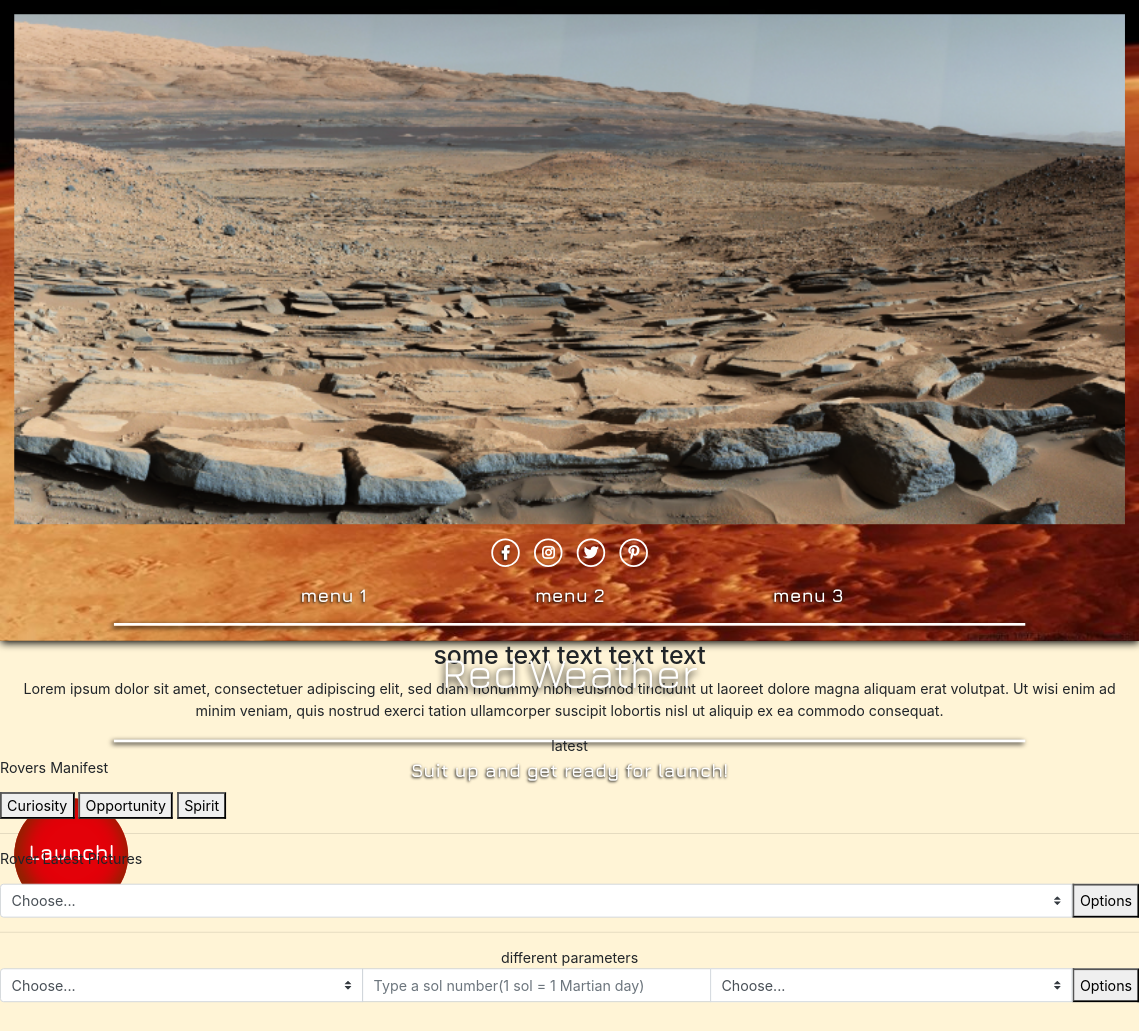
Repository: romqrq/Red-Planet-Explorer
Page: index.html
The author's editor kept a record of every edit. The page is drawn from the files as they stood at one moment, then again after the next edit.
The browser window is 1280 px wide. The pictures show the whole page, at 89% of full size.
Some web fonts or font styles are not loaded; a fallback is used. Some web libraries are served in a nearby version.

Above is the page before.

### index.html
<!DOCTYPE html>
<html lang="en">

<head>
    <meta charset="UTF-8">
    <meta name="viewport" content="width=device-width, initial-scale=1.0">
    <meta http-equiv="X-UA-Compatible" content="ie=edge">
    <title>Red Weather</title>
    <link rel="stylesheet" href="https://cdnjs.cloudflare.com/ajax/libs/font-awesome/5.10.2/css/all.min.css" type="text/css" />
    <link rel="stylesheet" href="https://stackpath.bootstrapcdn.com/bootstrap/4.3.1/css/bootstrap.min.css" crossorigin="anonymous">
    <link rel="stylesheet" href="assets/css/style.css" type="text/css" />


    <script src="https://code.jquery.com/jquery-3.4.1.js" integrity="sha256-WpOohJOqMqqyKL9FccASB9O0KwACQJpFTUBLTYOVvVU=" crossorigin="anonymous"></script>
    <script type="text/javascript" src="assets/js/jquery.js"></script>
    <script type="text/javascript" src="assets/js/main.js"></script>
    <!--<script type="text/javascript" src="assets/js/main2.js"></script>-->
    <!--<script type="text/javascript" src="assets/js/main3.js"></script>-->

</head>

<body>
    <header>
        <div class="container-fluid main-screen-container">
            <img class="testbg" src="assets/images/mars.png"></img>
            <div class="row social-row">
                <div class="col-12 social-col">
                    <i class="fab fa-facebook-f round-border text-shadow"></i>
                    <i class="fab fa-instagram round-border"></i>
                    <i class="fab fa-twitter round-border"></i>
                    <i class="fab fa-pinterest-p round-border"></i>
                </div>
            </div>
            <div class="row" role="navigation">
                <a class="col-4 text-right main-text-light text-shadow" href="#">menu 1</a>
                <a class="col-4 text-center main-text-light text-shadow" href="#">menu 2</a>
                <a class="col-4 text-left main-text-light text-shadow" href="#">menu 3</a>
            </div>
            <hr class="hr-divider">
            <div class="row">
                <div class="col-12 text-center">
                    <p class="main-title title-shadow">Red Weather</p>
                </div>
            </div>
            <hr class="hr-divider">
            <div class="row">
                <div class="col-12">
                    <p class="main-text-light text-center text-shadow">Suit up and get ready for launch!</p>
                </div>
            </div>
            <div>
                <div class="launch-button-div">
                    <button class="btn launch-button">Launch!</button>
                </div>
            </div>
            <!--<div class="row">-->
            <!--    <div class=navbar>-->
            <!--        <ul class="navbar-nav">-->
            <!--            <li class="nav-item">-->
            <!--                <a href="#" class="nav-link">menu button 1</a>-->
            <!--            </li>-->
            <!--            <li class="nav-item">-->
            <!--                <a href="#" class="nav-link">menu button 2</a>-->
            <!--            </li>-->
            <!--            <li class="nav-item">-->
            <!--                <a href="#" class="nav-link">menu button 3</a>-->
            <!--            </li>-->
            <!--        </ul>-->
            <!--    </div>-->
            <!--</div>-->
        </div>
        <!--<nav class="navbar navbar-expand-md navbar-dark bg-blue">-->
        <!-- Brand -->
        <!--    <a class="brand-text" href="#"><span class="NE-text">RW</span> | Red Weather</a>-->

        <!-- Toggler/collapsibe Button -->
        <!--    <button class="navbar-toggler" type="button" data-toggle="collapse" data-target="#collapsibleNavbar">-->
        <!--        <span class="navbar-toggler-icon"></span>-->
        <!--    </button>-->

        <!-- Navbar links -->
        <!--    <div class="collapse navbar-collapse" id="collapsibleNavbar">-->
        <!--        <ul class="navbar-nav">-->
        <!--            <li class="nav-item">-->
        <!--                <a class="nav-link" href="#">Link</a>-->
        <!--            </li>-->
        <!--            <li class="nav-item">-->
        <!--                <a class="nav-link" href="#">Link</a>-->
        <!--            </li>-->
        <!--            <li class="nav-item">-->
        <!--                <a class="nav-link" href="#">Link</a>-->
        <!--            </li>-->
        <!--        </ul>-->
        <!--    </div>-->
        <!--</nav>-->
    </header>
    <section class="callout">
        <div class="container-fluid text-center align-middle">
            <div>
                <h3>some text text text text</h3>
                <p>Lorem ipsum dolor sit amet, consectetuer adipiscing elit, sed diam nonummy nibh euismod tincidunt ut laoreet dolore magna aliquam erat volutpat. Ut wisi enim ad minim veniam, quis nostrud exerci tation ullamcorper suscipit lobortis nisl
                    ut aliquip ex ea commodo consequat.</pp>
            <div>latest</div>
            <!--<div class="row">-->
            <!--    <div class="col-4">-->
            <!--        <button class="btn btn-warning latest-button" id="buttonCuriosity" onclick="writeLatestToDocument('curiosity')" value="curiosity">Curiosity</button>-->
            <!--    </div>-->
            <!--    <div class="col-4">-->
            <!--        <button class="btn btn-warning latest-button" id="buttonSpirit" onclick="writeLatestToDocument()" value="spirit">Spirit</button>-->
            <!--    </div>-->
            <!--    <div class="col-4">-->
            <!--        <button class="btn btn-warning latest-button" id="buttonOpportunity" onclick="writeLatestToDocument()" value="opportunity">Opportunity</button>-->
            <!--    </div>-->
            <!--</div>-->
        </div>
    </section>
    <p>Rovers Manifest</p>
    <button onclick="writeManifestToDocument('curiosity')">Curiosity</button>
    <button onclick="writeManifestToDocument('opportunity')">Opportunity</button>
    <button onclick="writeManifestToDocument('spirit')">Spirit</button>
    <div id="dataManifest"></div>
    <hr>
    <p>Rover Latest Pictures</p>
    <div class="input-group mb-3">
        <select class="custom-select" id="inputLatestRoverPhoto">
            <option selected>Choose...</option>
            <option value="curiosity">Curiosity</option>
            <option value="spirit">Spirit</option>
            <option value="opportunity">Opportunity</option>
        </select>
        <button onclick="writeLatestToDocument()">Options</button>
    </div>
    <hr>
    <div class=text-center>different parameters</div>
    <div class="input-group mb-3">
        <div class="input-group mb-3">
            <select class="custom-select" id="inputRoverName">
            <option selected>Choose...</option>
            <option value="curiosity">Curiosity</option>
            <option value="spirit">Spirit</option>
            <option value="opportunity">Opportunity</option>
        </select>
        <input type="text" class="form-control" id="solTextInput" placeholder="Type a sol number(1 sol = 1 Martian day)">
<!--    <select class="custom-select" id="inputSolNumber">-->
      <!--  <option selected>Choose...</option>-->
      <!--  <option value="500">500</option>-->
      <!--  <option value="1000">1000</option>-->
      <!--  <option value="1500">1500</option>-->
      <!--</select>-->
            <select class="custom-select" id="inputCamName">
          <option selected>Choose...</option>
          <option value="fhaz">FHAZ</option>
          <option value="rhaz">RHAZ</option>
          <option value="mast">Mast</option>
        </select>
            <button onclick="writeParamsToDocument()">Options</button>
        </div>


        <div id="data"></div>
        <div id="data2"></div>
        <footer>

        </footer>
        <script src="https://code.jquery.com/jquery-3.3.1.slim.min.js" integrity="sha384-q8i/X+965DzO0rT7abK41JStQIAqVgRVzpbzo5smXKp4YfRvH+8abtTE1Pi6jizo" crossorigin="anonymous"></script>
        <script src="https://cdnjs.cloudflare.com/ajax/libs/popper.js/1.14.7/umd/popper.min.js" integrity="sha384-UO2eT0CpHqdSJQ6hJty5KVphtPhzWj9WO1clHTMGa3JDZwrnQq4sF86dIHNDz0W1" crossorigin="anonymous"></script>
        <script src="https://stackpath.bootstrapcdn.com/bootstrap/4.3.1/js/bootstrap.min.js" integrity="sha384-JjSmVgyd0p3pXB1rRibZUAYoIIy6OrQ6VrjIEaFf/nJGzIxFDsf4x0xIM+B07jRM" crossorigin="anonymous"></script>

</body>

</html>

### assets/css/style.css
/*General*/

@import url('https://fonts.googleapis.com/css?family=Revalia|Roboto:400,500|Jura:300,400,500,700&display=swap');


body {
    background-color: #ffd86845;
}

a {
    text-decoration: none;
    color: inherit;

}

/* Header */

.title-shadow {
    text-shadow: -1px 3px 8px #000000;
}

.text-shadow {
    text-shadow: -1px 1px 3px #000000;
}

.no-side-padding {
    padding-left: 0;
    padding-right: 0;
}

.main-screen-container {
    height: 100vh;
    max-width: 100vw;
    padding: 1rem;
    background-image: url("../images/mars-athmosphere.jpg");
    background-position: center;
    background-repeat: no-repeat;
    background-size: cover;
    background-color: black;
    display: flex;
    flex-direction: column;
    justify-content: space-evenly;
    box-shadow: 1px 4px 9px 0px black;
}

.social-row {
    padding: 1rem;
}

.social-col {
    flex-direction: row;
    display: flex;
    justify-content: center;
}

.round-border {
    border-radius: 50%;
    height: 2rem;
    border: 2px solid white;
    width: 2rem;
    justify-content: center;
    display: flex;
    line-height: 1.8rem;
    color: white;
    margin: 0 0.5rem;
    font-weight: 900;
}

.main-text-light {
    color: white;
    font-family: "Jura", "Revalia";
    font-weight: 600;
    font-size: 1.3rem;
}

.main-title {
    font-family: "Revalia", "Jura";
    font-size: 3rem;
    color: white;
    padding: 0 0 0.5rem;
}

.hr-divider {
    border-top: 3px solid rgb(255, 255, 255);
    width: 80vw;
    box-shadow: -2px 2px 6px 0px black;
}

.launch-button-div {
    margin-bottom: 1rem;
}

.launch-button-border {
    height: 9.5rem;
    width: 9.5rem;
    background-color: #eaeaea;
    padding: 0.75rem;
    border-radius: 50%;
    box-shadow: inset 0px 0px 6px 6px #676767;
    margin: auto;
}

.launch-button {
    background-color: #d40101;
    color: white;
    border: 0px solid white;
    font-size: 1.5rem;
    font-family: "Jura", "Revalia";
    font-weight: 700;
    /*text-shadow: 0px 0px 5px #ffffffcf;*/
    padding: 0.5rem 1rem 1rem;
    height: 8rem;
    width: 8rem;
    border-radius: 50%;
    box-shadow: inset 3px -4px 20px 7px #842600;
    animation-name: launchButtonAnimation;
    animation-duration: 2s;
    animation-delay: .3s;
    animation-timing-function: linear;
    animation-iteration-count: infinite;
    animation-direction: alternate;
}

.btn.launch-button:hover {
    color: white;
}

.btn.launch-button:focus {
    background-color: #ff0018;
    box-shadow: inset 0px 0px 1px 4px #ce3c00;
}

.btn.launch-button:active {
    background-color: #d40101!important;
    box-shadow: inset 3px -4px 20px 7px #842600!important;
}



/* Launch button bg change */

@keyframes launchButtonAnimation {
    from {
        background-color: #d40101;
    }
    to {
        background-color: #ff0018;
    }
}

### assets/js/jquery.js
$(document).ready(function(value) {
    var roverName = this.value;
});

### assets/js/main.js
// var roverName = "curiosity";
// var solNumber = ""; //"&sol=1000";
// var camName = "&camera=FHAZ";
// var pageNumber = ""; //"&page=1"
// var earthDate = "earth_date=2015-6-3"


//WORKS xhr.open("GET", "https://api.nasa.gov/insight_weather/?api_key=unJZiQapXhyZamSl37P8FEh7Zlssi7xmaIF4l95b&feedtype=json&ver=1.0");
//WORKS xhr.open("GET", "https://api.nasa.gov/mars-photos/api/v1/rovers/curiosity/latest_photos?api_key=unJZiQapXhyZamSl37P8FEh7Zlssi7xmaIF4l95b&feedtype=json&ver=1.0");
//WORKS xhr.open("GET", "https://api.nasa.gov/mars-photos/api/v1/manifests/curiosity?api_key=unJZiQapXhyZamSl37P8FEh7Zlssi7xmaIF4l95b&feedtype=json&ver=1.0");




//Pick latest photo by rover name
function getLatest(cb) {
    var e = document.getElementById("input1");
    var roverName = e.options[e.selectedIndex].value;
    var xhr = new XMLHttpRequest();
    xhr.onreadystatechange = function() {
        if (this.readyState == 4 && this.status == 200) {
            // document.getElementById("data").innerHTML = JSON.parse(this.responseText);
            console.log(JSON.parse(this.responseText));
            cb(JSON.parse(this.responseText));
        }
    };
    xhr.open("GET", "https://api.nasa.gov/mars-photos/api/v1/rovers/" + roverName + "/latest_photos?api_key=unJZiQapXhyZamSl37P8FEh7Zlssi7xmaIF4l95b&feedtype=json&ver=1.0");
    xhr.send();

}

function writeLatestToDocument() {
    var el = document.getElementById("data");
    el.innerHTML = "";

    getLatest(function(data) {
        data = data.latest_photos;

        data.forEach(function(item) {
            el.innerHTML += `<img src=${item.img_src} height=150 width=150>`;
        });
    });
}





// function getLatest(cb) {
// 	var xhr = new XMLHttpRequest();

// 	xhr.onreadystatechange = function() {
// 		if (this.readyState == 4 && this.status == 200) {
// 			// document.getElementById("data").innerHTML = JSON.parse(this.responseText);
// 			console.log(JSON.parse(this.responseText));
// 			cb(JSON.parse(this.responseText));
// 		}
// 	};

// 	xhr.open("GET", "https://api.nasa.gov/mars-photos/api/v1/rovers/curiosity/latest_photos?api_key=unJZiQapXhyZamSl37P8FEh7Zlssi7xmaIF4l95b&feedtype=json&ver=1.0");
// 	xhr.send();
// }

// function writeToDocument() {
// 	var el = document.getElementById("data");
// 	el.innerHTML = "";

// 	getLatest(function(data) {
// 		data = data.latest_photos;

// 		data.forEach(function(item) {
// 			el.innerHTML += `<img src=${item.img_src} height=150 width=150>`;
// 		});
// 	});
// }
var xhr = new XMLHttpRequest();
var roverName = ""; //"curiosity";
var solNumber = ""; //"&sol=1000";
var camName = ""; //"&camera=FHAZ";
var pageNumber = ""; //"&page=1"
var earthDate = ""; //"earth_date=2015-6-3"

function getParamsData(cb) {
    var rvn = document.getElementById("inputRoverName");
    var roverName = rvn.options[rvn.selectedIndex].value;

    var snb = document.getElementById("inputSolNumber");
    var solNumber = `&sol=${snb.options[snb.selectedIndex].value}`;

    var cmn = document.getElementById("inputCamName");
    var camName = `&camera=${cmn.options[cmn.selectedIndex].value}`;

    // var pgn = document.getElementById("inputPageNumber");
    // var pageNumber = `&page=${pgn.options[pgn.selectedIndex].value}`;

    // var ead = document.getElementById("inputEarthDate");
    // var earthDate = `earth_date=${ead.options[ead.selectedIndex].value}`;

    var xhr = new XMLHttpRequest();
    xhr.onreadystatechange = function() {
        if (this.readyState == 4 && this.status == 200) {
            // document.getElementById("data").innerHTML = JSON.parse(this.responseText);
            console.log(JSON.parse(this.responseText));
            cb(JSON.parse(this.responseText));
        }
    };
    xhr.open("GET", `https://api.nasa.gov/mars-photos/api/v1/rovers/${roverName}/photos?${earthDate}${solNumber}${camName}${pageNumber}&api_key=unJZiQapXhyZamSl37P8FEh7Zlssi7xmaIF4l95b`);
    xhr.send();

}

function writeParamsToDocument() {
    var el = document.getElementById("data");
    el.innerHTML = "";

    getParamsData(function(data) {
        data = data.photos;

        data.forEach(function(item) {
        // for (item in data) {
            el.innerHTML += `<img src=${item.img_src} height=150 width=150>`;
        });
    });
}

After the next edit:
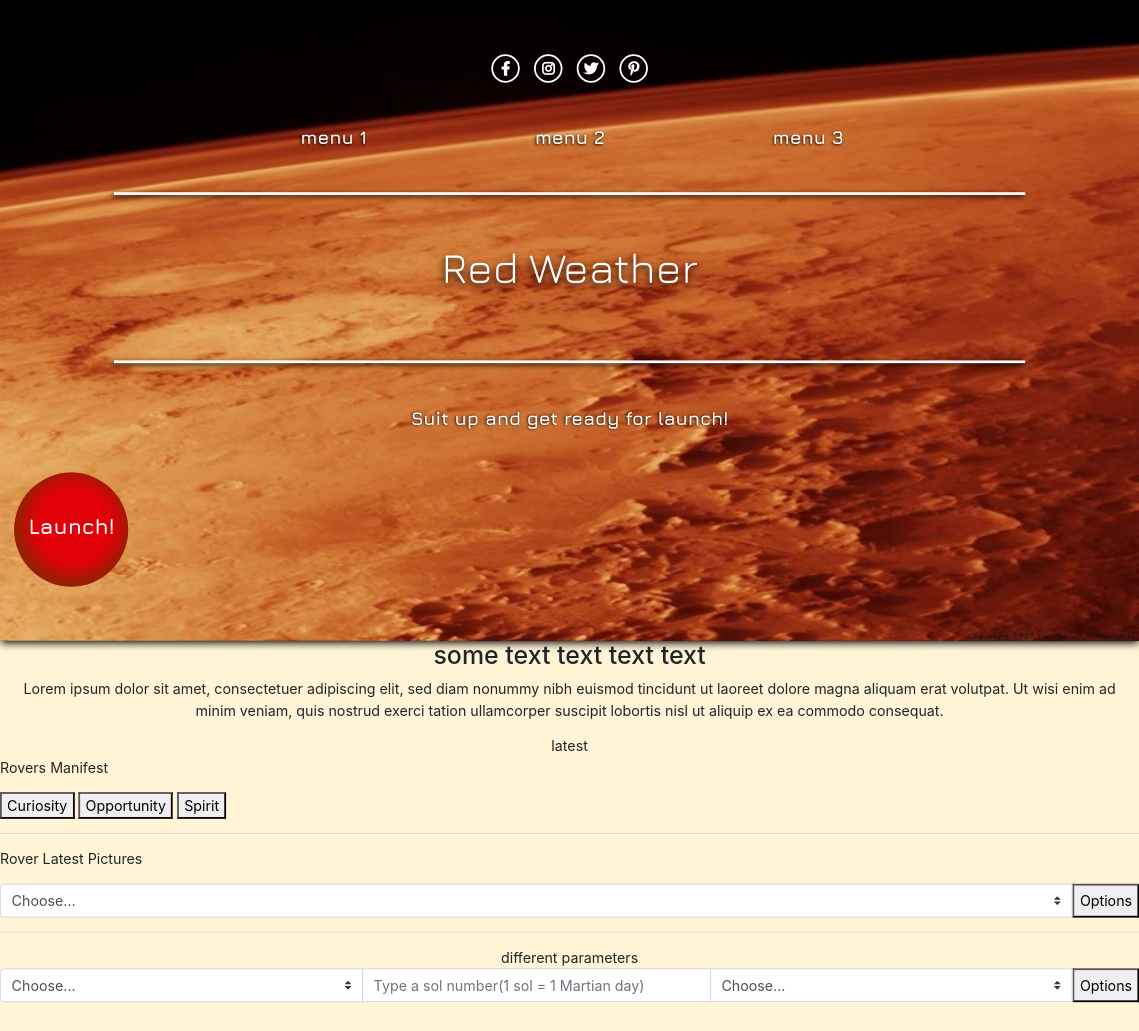
The edit:
--- a/index.html
+++ b/index.html
@@ -22,7 +22,7 @@
 <body>
     <header>
         <div class="container-fluid main-screen-container">
-            <img class="testbg" src="assets/images/mars.png"></img>
+            <!--<img class="testbg" src="assets/images/mars.png"></img>-->
             <div class="row social-row">
                 <div class="col-12 social-col">
                     <i class="fab fa-facebook-f round-border text-shadow"></i>
